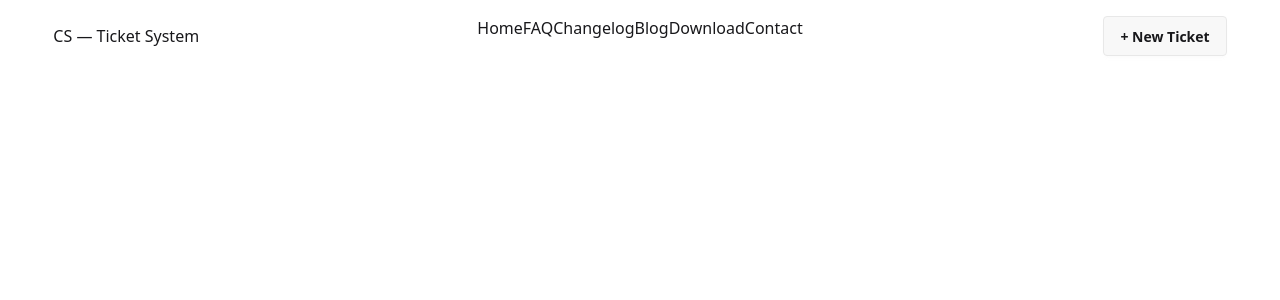
Repository: SanjidaSnigdha/Customer-Support-Zone
Page: /
These files come from the project's save history. The page is drawn as it stood at one moment and after the next save; the edit follows.
The browser window is 1280 px wide. The pictures show the whole page.
The project was rebuilt for these pictures with package versions that can differ from the ones it lists, and the page was loaded fresh each time. Also part of the build but not shown: vite.config.js, src/App.css.

Above is the page before, as saved 2026-03-24 01:21:02.

### index.html
<!doctype html>
<html lang="en">
  <head>
    <meta charset="UTF-8" />
    <link rel="icon" type="image/svg+xml" href="/favicon.svg" />
    <meta name="viewport" content="width=device-width, initial-scale=1.0" />
    <title>customer-support-zone</title>
  </head>
  <body>
    <div id="root"></div>
    <script type="module" src="/src/main.jsx"></script>
  </body>
</html>

### src/index.css
 @import "tailwindcss";
 @plugin "daisyui" {
  themes: light --default, dark --prefersdark;
  themes: light --default;
 }

### src/App.jsx
import { useState } from 'react'
import './App.css'
import Navbar from './component/Navbar/Navbar'

function App() {
  const [count, setCount] = useState(0)

  return (
    <>
   <Navbar></Navbar>
    </>
  )
}

export default App

### src/component/Navbar/Navbar.jsx
import React from 'react';

const Navbar = () => {
    return (
        <div className='flex justify-between w-11/12 mx-auto mt-4'>
            <div className='navbar-start'>
                <h1>CS — Ticket System</h1>
            </div>
            <div className='navbar-middle justify-between gap-3'>
                <a>Home</a>
                <a>FAQ</a>
                <a>Changelog</a>
                <a>Blog</a>
                <a>Download</a>
                <a>Contact</a>
            </div>
            <div className='navbar-end'>
                <button className='btn'>+ New Ticket</button>
            </div>
        </div>
    );
};

export default Navbar;

Loaded but not shown: src/main.jsx (common file)

After the next save:
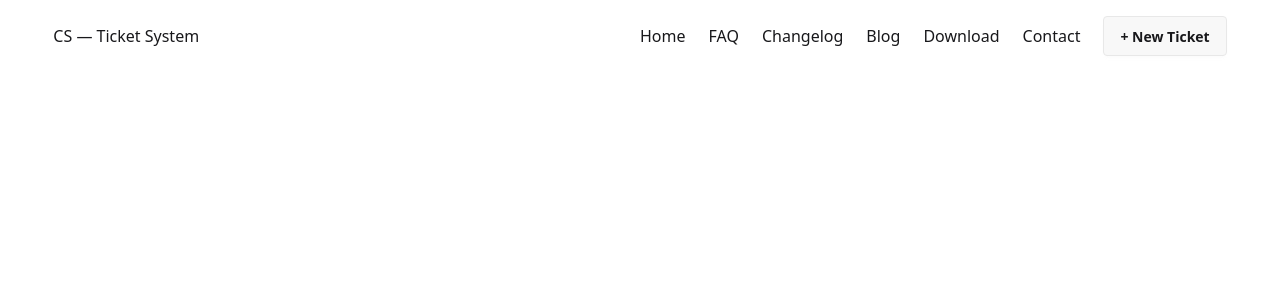
Saved 101 s later.
--- a/src/component/Navbar/Navbar.jsx
+++ b/src/component/Navbar/Navbar.jsx
@@ -6,16 +6,14 @@ const Navbar = () => {
             <div className='navbar-start'>
                 <h1>CS — Ticket System</h1>
             </div>
-            <div className='navbar-middle justify-between gap-3'>
+            <div className='navbar-end justify-between gap-3'>
                 <a>Home</a>
                 <a>FAQ</a>
                 <a>Changelog</a>
                 <a>Blog</a>
                 <a>Download</a>
                 <a>Contact</a>
-            </div>
-            <div className='navbar-end'>
-                <button className='btn'>+ New Ticket</button>
+         <button className='btn'>+ New Ticket</button>
             </div>
         </div>
     );
